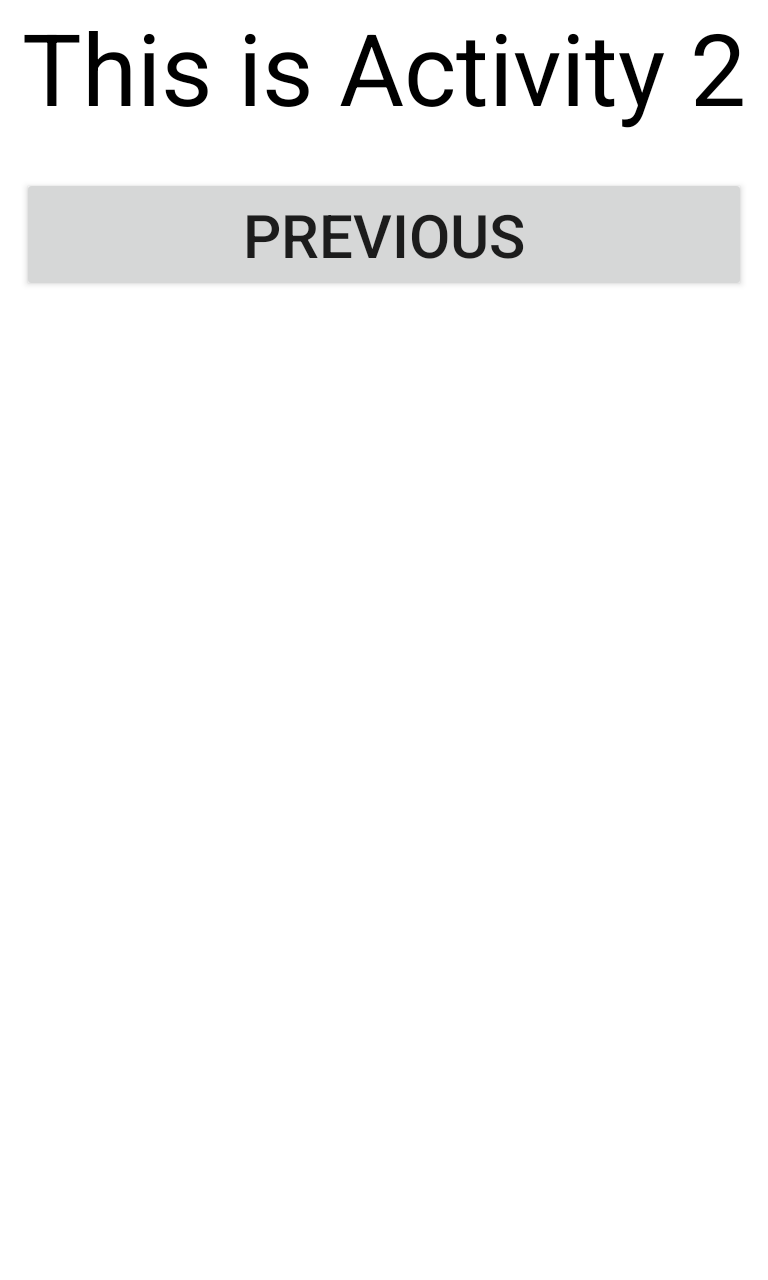
Repository: Stamenov96/NeuralNetowork
Layout: DigitRecognition/res/layout/about.xml
These files come from the project's save history. The layout is drawn as it stood at one moment and after the next save; the edit follows.
It is drawn on a 768 x 1280 px phone screen (xhdpi) without system bars, with theme AppTheme; the app's code is not run.

Above is the layout before, as saved 2015-02-13 15:29:59.

After the next save:
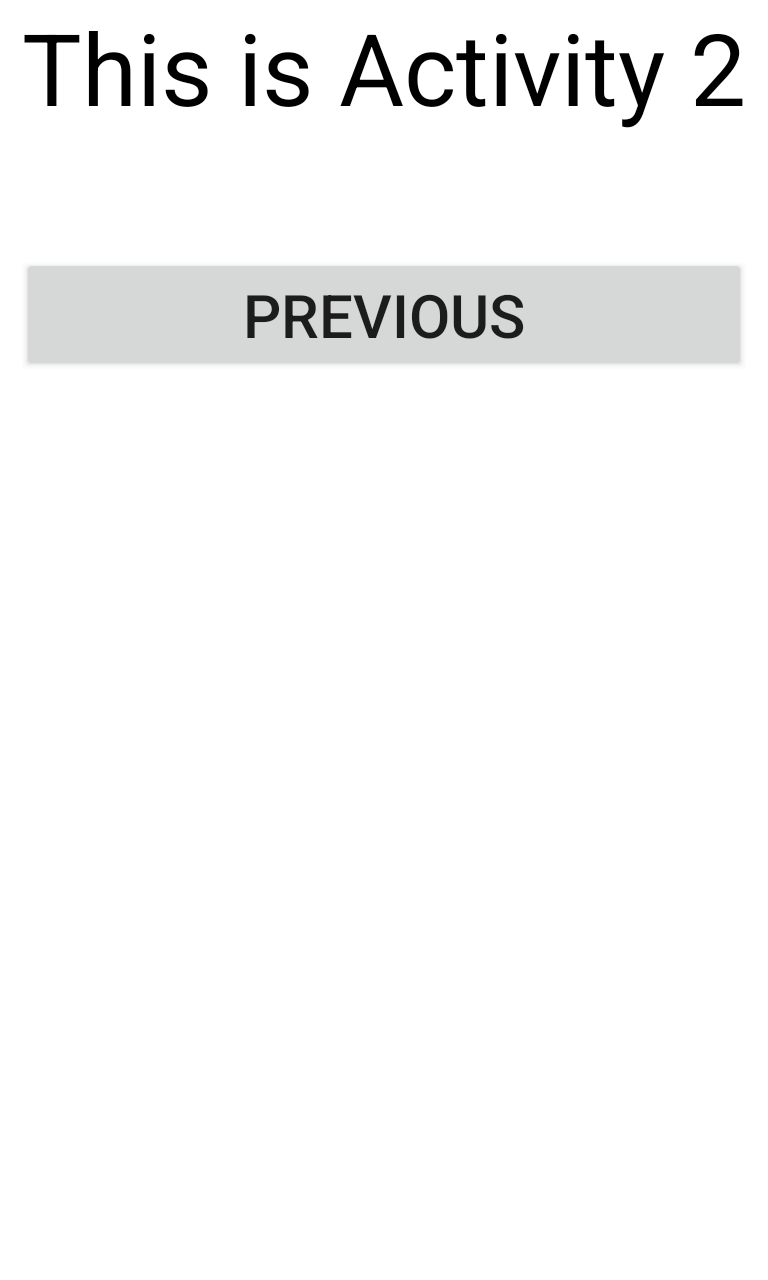
Saved 7 s later.
--- a/DigitRecognition/res/layout/about.xml
+++ b/DigitRecognition/res/layout/about.xml
@@ -19,7 +19,7 @@
         android:layout_height="wrap_content"
         android:layout_marginLeft="10dip"
         android:layout_marginRight="10dip"
-        android:layout_marginTop="20dip"
+        android:layout_marginTop="60dip"
         android:gravity="center_horizontal"
         android:text="Previous"
         android:textSize="30dp" />

After the save that followed:
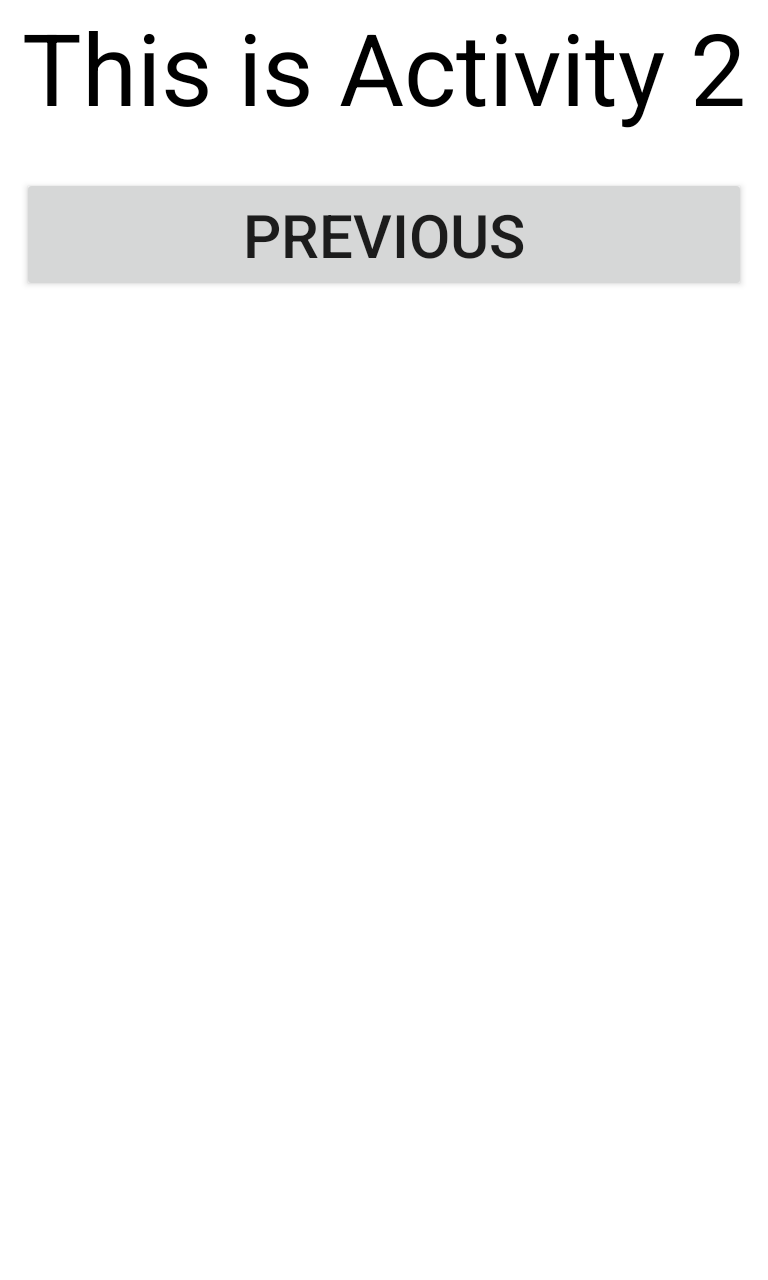
Saved 6 s later.
--- a/DigitRecognition/res/layout/about.xml
+++ b/DigitRecognition/res/layout/about.xml
@@ -19,7 +19,7 @@
         android:layout_height="wrap_content"
         android:layout_marginLeft="10dip"
         android:layout_marginRight="10dip"
-        android:layout_marginTop="60dip"
+        android:layout_marginTop="20dip"
         android:gravity="center_horizontal"
         android:text="Previous"
         android:textSize="30dp" />
